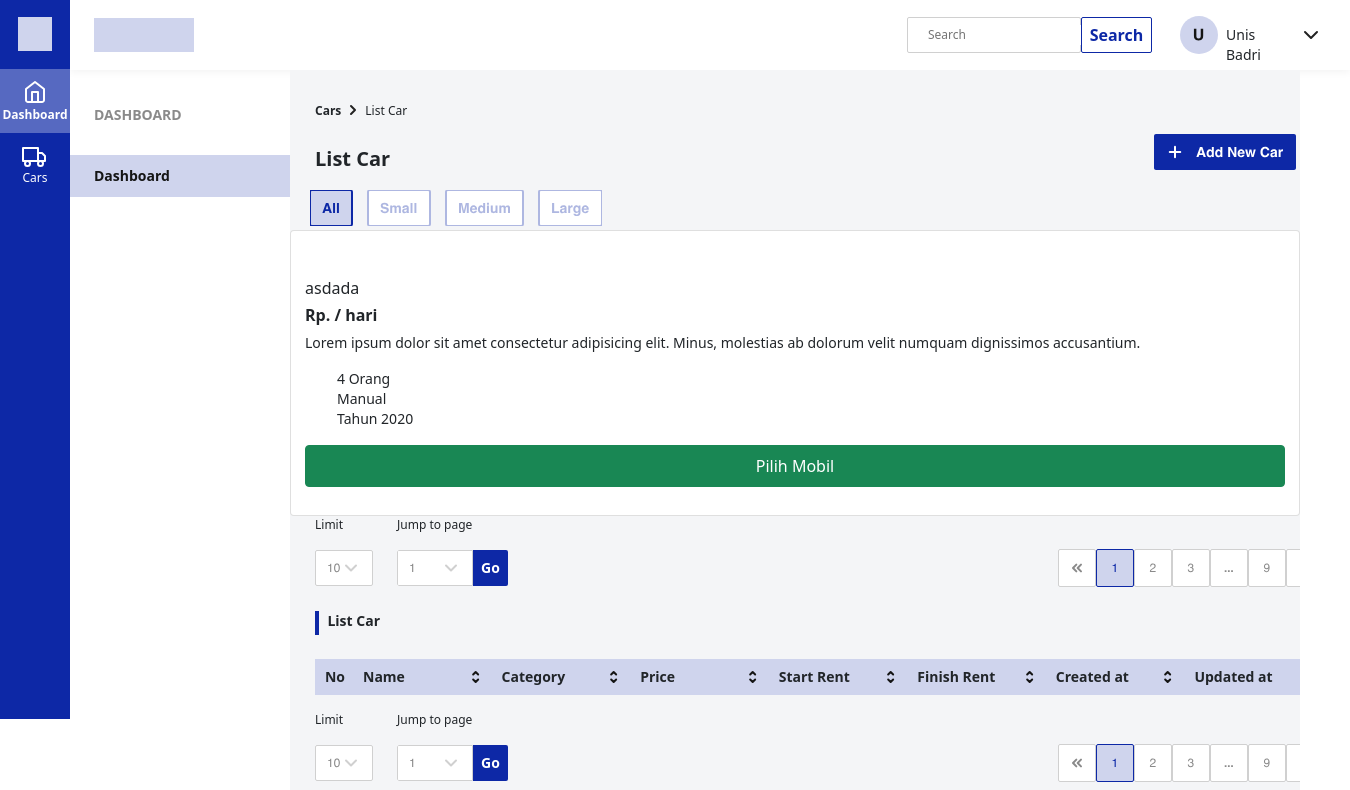
Repository: farrelmuhammad/challenge-7-binar
Page: /carlist
An editor plug-in stored every save of this project. The page is shown before and after the next save, followed by the edit.
The browser window is 1280 px wide. The page is 1350 px wide, so the pictures cover 1350 px, including what lies to the right of the window. The pictures show the whole page.
An inner scrolling area shows only its first screen. The project was rebuilt for these pictures with package versions that can differ from the ones it lists, and the page was loaded fresh each time. Also part of the build but not shown: src/component/navbar.js, src/component/header.js, src/component/footer.js, src/App.js, src/component/admin/Dashboard/index.jsx, src/pages/admin/Dashboard.js, src/component/searchForm.js, src/pages/cars.js.

Above is the page before, as saved 2022-05-27 19:41:14.

### src/index.css
body {
  font-family: Helvetica Neue, Helvetica, Arial, sans-serif;
  font-style: normal;
  font-weight: normal;
  font-size: 14px;
  line-height: 20px;
  margin: 0;
  padding: 0;
}

h1,
h2,
h3,
h4,
h5 {
  line-height: 150%;
}

.header{
  background-color: #F1F3FF;
}

.footer i {
  color: #0D28A6;
  font-size: x-large;
}

.bg-darkblue{
  background-color: #0D28A6;
}

.logo {
  background-color: #0D28A6;
  width: 100px;
  height: 34px;
}

code {
  font-family: source-code-pro, Menlo, Monaco, Consolas, 'Courier New',
    monospace;
}

.card-cari {
  width: 1047px;
  /* height: 106px; */
  margin-top: -50px;
  z-index: 2;
}
.button-cari {
  width: 92px !important;
  margin-top: 30px;
  height: 36px;
}
.activeCari {
  height: 100%;
  width: 0;
  position: fixed;
  z-index: 2;
  top: 0;
  left: 0;
  background-color: rgba(0, 0, 0, 0.5);
  overflow-x: hidden;
  transition: 0.5s;
  padding-top: 34px;
}

### src/Routes.js
import App from './App';
import React from 'react';
import Dashboard from '../src/pages/admin/Dashboard'
import CarList from '../src/pages/admin/CarsList'
import Cars from './pages/cars'
import { Routes, Route } from 'react-router-dom';

const RouteApp = () => {

    return (
        <>
            <Routes>
                <Route path="/" element={<App />} />
                <Route path="/dashboard" element={<Dashboard />} />
                <Route path="*" element={<h1 style={{ fontSize: "48px", textAlign: "center", paddingTop: "250px" }}>Error 404</h1>} />
                <Route path='/cars' element={<Cars />} />
                <Route path='/carlist' element={<CarList />} />
            </Routes>
        </>
    )
}

export default RouteApp;

### src/pages/admin/CarsList.js
import React from 'react'
import Navbar from '../../component/admin/Navbar'
import CarsListContent from '../../component/admin/Cars'

function Dashboard() {
  return (
    <>
        <Navbar />
        <CarsListContent />
    </>
  )
}

export default Dashboard

### src/component/admin/Navbar.jsx
import { Link } from 'react-router-dom';
import './Navbar.css';

const Navbar = () => {
  return (
    <header>
      {/* navbar top */}
      <div className="nav-top navbar">
        <div className="logo"></div>
        <span
          className="icon-menu iconify"
          data-icon="charm:menu-hamburger"
          data-width="24"
        ></span>
        <form className="nav-search d-flex">
          <div className="box-search">
            <span
              className="iconify"
              data-icon="akar-icons:search"
              data-width="18"
            ></span>
            <input type="search" placeholder="Search" />
          </div>
          <button className="button-search" type="submit">
            Search
          </button>
        </form>
        <div className="profile">
          <img src="img/profile.svg" alt="profile" />
          <p>Unis Badri</p>
          <img className="dropdown" src="img/dropdown.svg" alt="dropdown" />
        </div>
      </div>

      {/* navbar side */}
      <div className="nav-side">
        <div className="nav-blue">
          <div className="square"></div>
          <div className="frame-menu">
            <div className="dash-img" id="active">
              <a href="/dashboard">
                <img src="/img/dashboard.svg" alt="dashboard" />
              </a>
              <a href="/dashboard">Dashboard</a>
            </div>
            <div className="dash-img">
              <Link to="/carlist">
              <a>
                <img src="/img/cars.svg" alt="cars" />
                Cars
              </a>
              </Link>
            </div>
          </div>
        </div>
        <div className="nav-white">
          <div className="title-menu">
            <h1>DASHBOARD</h1>
          </div>
          <div className="list-menu">
            <h1>Dashboard</h1>
          </div>
        </div>
      </div>
    </header>
  );
};

export default Navbar;

### src/component/admin/Cars/index.jsx

import { Link } from "react-router-dom";
import "./Content.css";

const CarsListContent= () => {

  return (
    <>
      <div className="content">
        <div className="breadcrumb">
          <h1>Cars</h1>
          <img src="img/arrow-right.svg" alt="arrow-right" />
          <p>List Car</p>
        </div>
        <div className="row">
            <div className="col">
                <h1 className="title-h1">List Car</h1>
            </div>
            <div className="col mt-5 p-3 text-end">
                <img src="img/btn-addcar.svg" alt="add new"/>
            </div>
        </div>
        <div className="breadcumb ms-3 p-1">
          <img src="img/breadcumb carlist.svg" alt="" />
        </div>

        {/* order table */}
        <div className="card">
        <div className="image">
            <img src="" alt="" />
        </div>
        <div className="info">
            <h6>asdada</h6>
            <h6 className="price">Rp. / hari</h6>
            <p>Lorem ipsum dolor sit amet consectetur adipisicing elit. Minus, molestias ab dolorum velit numquam dignissimos accusantium.</p>
            <ul>
                <li>4 Orang</li>
                <li>Manual</li>
                <li>Tahun 2020</li>
            </ul>
            <Link to='/' className="btn btn-success nav-link text-white">Pilih Mobil</Link>
        </div>
    </div>

        {/* table navigation */}
        <div className="table-nav">
          <div className="limit-nav">
            <p>Limit</p>
            <img src="img/form-drop.svg" alt="form-drop" />
          </div>
          <div className="jump-nav">
            <p>Jump to page</p>
            <img src="img/form-drop-2.svg" alt="form-drop-2" />
          </div>
          <div className="go-nav">
            <h1>Go</h1>
          </div>
          <div className="page-number">
            <img src="img/page-number.svg" alt="page-number" />
          </div>
        </div>

        <div className="list-car">
          <img src="img/line-blue.svg" alt="" />
          <h1>List Car</h1>
        </div>
        {/* car table */}
        <div className="list-table">
          <table className="table table-borderless">
            <thead>
              <tr>
                <th style={{ textAlign: "center" }}>No</th>
                <th>
                  Name
                  <img className="sort" src="img/sort.svg" alt="sort" />
                </th>
                <th>
                  Category
                  <img className="sort" src="img/sort.svg" alt="sort" />
                </th>
                <th>
                  Price
                  <img className="sort" src="img/sort.svg" alt="sort" />
                </th>
                <th>
                  Start Rent
                  <img className="sort" src="img/sort.svg" alt="sort" />
                </th>
                <th>
                  Finish Rent
                  <img className="sort" src="img/sort.svg" alt="sort" />
                </th>
                <th>
                  Created at
                  <img className="sort" src="img/sort.svg" alt="sort" />
                </th>
                <th>
                  Updated at
                  <img className="sort" src="img/sort.svg" alt="sort" />
                </th>
              </tr>
            </thead>
            <tbody>
              {/* {dataCarAdmin?.map((car, i) => (
                <>
                  <tr>
                    <td key={car.id} style={{ textAlign: "center" }}>
                      {i + 1}
                    </td>
                    <td>{car.name}</td>
                    <td>{car.category}</td>
                    <td>{car.price}</td>
                    <td>{car.start_rent_at}</td>
                    <td>{car.finish_rent_at}</td>
                    <td>{car.createdAt}</td>
                    <td>{car.updatedAt}</td>
                  </tr>
                </>
              ))} */}
            </tbody>
          </table>
        </div>

        {/* table navigation */}
        <div className="table-nav">
          <div className="limit-nav">
            <p>Limit</p>
            <img src="img/form-drop.svg" alt="form-drop" />
          </div>
          <div className="jump-nav">
            <p>Jump to page</p>
            <img src="img/form-drop-2.svg" alt="form-drop-2" />
          </div>
          <div className="go-nav">
            <h1>Go</h1>
          </div>
          <div className="page-number">
            <img src="img/page-number.svg" alt="page-number" />
          </div>
        </div>
      </div>
    </>
  );
};

export default CarsListContent

### src/component/admin/Navbar.css
h1 {
    font-size: 14px;
    line-height: 20px;
}

header .nav-top {
    position: absolute;
    width: 1280px;
    height: 70px;
    left: 70px;
    right: 0;
    top: 0px;
    box-shadow: 0px 2px 8px rgba(0, 0, 0, 0.05);
}

header .nav-top .logo {
    position: absolute;
    width: 100px;
    height: 34px;
    left: 24px;
    top: 18px;
    background: #CFD4ED;
}

header .nav-top .icon-menu {
    position: absolute;
    width: 24px;
    height: 24px;
    left: 244px;
    top: 23px;
}

header .nav-top .nav-search {
    display: flex;
    flex-direction: row;
    align-items: flex-start;
    padding: 0px;
    position: absolute;
    width: 245px;
    height: 36px;
    left: 837px;
    top: 17px;
}

header .nav-top .nav-search .box-search {
    display: flex;
    flex-direction: row;
    align-items: center;
    padding-left: 12px;
    width: 174px;
    height: 36px;
    border: 1px solid #D0D0D0;
    border-radius: 2px;
    font-size: 12px;
    line-height: 18px;
    color: #8A8A8A;
}

header .nav-top .nav-search .box-search > input {
    border: none;
    outline: none;
    padding-left: 8px;
}

header .nav-top .nav-search .button-search {
    display: flex;
    flex-direction: row;
    justify-content: center;
    align-items: center;
    padding: 8px 12px;
    width: 71px;
    height: 36px;
    background-color: white;
    border: 1px solid #0D28A6;
    border-radius: 2px;
    font-weight: 700;
    color:#0D28A6;
}

header .nav-top .profile {
    display: flex;
    flex-direction: row;
    align-items: center;
    position: absolute;
    width: 143px;
    height: 38px;
    left: 1110px;
    right: 24px;
    top: 16px;
}

header .nav-top .profile > p {
    position: absolute;
    width: 65px;
    height: 20px;
    left: 46px;
    top: 9px;
    font-weight: 400;
    font-size: 14px;
    line-height: 20px;
}

header .nav-top .profile .dropdown {
    position: absolute;
    width: 24px;
    height: 24px;
    left: 119px;
    top: 7px;
}

header .nav-side {
    position: absolute;
    width: 290px;
    height: 100%;
    left: 0px;
    top: -1px;
}

header .nav-side .nav-blue {
    position: absolute;
    left: 0%;
    right: 75.86%;
    top: 0%;
    bottom: 0%;
    background: #0D28A6;
}

header .nav-side .nav-blue .square {
    position: absolute;
    width: 34px;
    height: 34px;
    left: 18px;
    top: 18px;
    background: #CFD4ED;
}

header .nav-side .nav-blue .frame-menu {
    display: flex;
    flex-direction: column;
    align-items: flex-start;
    padding: 0px;
    position: absolute;
    width: 70px;
    height: 128px;
    left: 0px;
    top: 70px;
}

header .nav-side .nav-blue .frame-menu .dash-img {
    display: flex;
    flex-direction: column;
    justify-content: center;
    align-items: center;
    padding: 20px 23px;
    position: static;
    width: 70px;
    height: 64px;
    left: 0px;
    top: 0px;
}

#active {
    font-weight: 700;
    background: rgba(255, 255, 255, 0.3);
}

header .nav-side .nav-blue .frame-menu .dash-img a {
    font-size: 12px;
    line-height: 18px;
    margin-top: 2px;
    text-decoration: none;
    color: white;
}

header .nav-side .nav-blue img:last-child {
    margin-top: 0;
}

header .nav-side .nav-white {
    position: absolute;
    left: 24.14%;
    right: 0%;
    top: 7.76%;
    bottom: 0.22%;
}

header .nav-side .nav-white .title-menu {
    position: absolute;
    width: 220px;
    height: 42px;
    left: 24px;
    top: 50px;
}

header .title-menu h1 {
    font-weight: 700;
    color: #8A8A8A;
    left: 24px;
}

header .nav-side .nav-white .list-menu {
    position: static;
    margin-top: 100px;
    width: 220px;
    height: 42px;
    padding: 11px 24px;
    background: #CFD4ED;
}

header .list-menu h1 {
    font-weight: 700;
    color: #151515;
    left: 24px;
}

### src/component/admin/Dashboard/Content.css
.content {
    position: absolute;
    overflow: auto;
    left: 290px;
    top: 70px;
    /* width: 1280px; */
    height: 100%;
    background: #F4F5F7;
    font-size: 14px;
    line-height: 20px;
}

.content .breadcrumb {
    position: absolute;
    width: 300px;
    height: 18px;
    left: 25px;
    top: 32px;
}

.content .breadcrumb > h1 {
    font-size: 12px;
    line-height: 18px;
    font-weight: 700;
}

.content .breadcrumb > p {
    font-size: 12px;
    line-height: 18px;
    font-weight: 300;
}

.content .breadcrumb > img {
    width: 16px;
    height: 16px;
    margin-left: 4px;
    margin-right: 4px;
}

.content .title-h1 {
    font-size: 20px;
    line-height: 30px;
    font-weight: 700;
    margin-left: 25px;
    margin-top:74px;
}

.content .list-order {
    margin-top: 24px;
    position: absolute;
    width: 79px;
    height: 24px;
    margin-left: 25px;
}

.content .list-order > img {
    width: 4px;
    height: 24px;
}

.content .list-order > h1 {
    float: right;
    font-weight: 700;
    margin-left: 8px;
}

.content .list-table table {
    margin-left: 25px;
    margin-top: 72px;
    width: 100%;
    table-layout: fixed;
    background-color: white;
    border: 1px solid none;
    border-radius: 2px;
}

.content .list-table table thead {
    background-color: rgba(207, 212, 237, 1);
    font-weight: 700;
}

.content .list-table table thead th:first-child {
    width: 40px;
}

.content .list-table table thead th > img {
    float: right;
}

.content .table-nav {
    display: flex;
    flex-direction: row;
    width: 1010px;
    font-size: 12px;
    line-height: 18px;
    font-weight: 300;
}

.content .table-nav .limit-nav{
    margin-left: 25px;
}

.content .table-nav .limit-nav p {
    font-size: 12px;
    line-height: 18px;
}

.content .table-nav .jump-nav {
    margin-left: 24px;
}

.content .table-nav .jump-nav p {
    font-size: 12px;
    line-height: 18px;
}

.content .table-nav .go-nav {
    width: 43px;
    height: 36px;
    margin-top: 34px;
    background: #0D28A6;
    border-radius: 0px 2px 2px 0px;
}

.content .table-nav .go-nav > h1 {
    text-align: center;
    font-weight: bold;
    color: white;
    padding: 8px 8px;
}

.content .table-nav .page-number {
    margin-top: 33px;
    margin-left: 550px;
}

.content .list-car {
    margin-top: 24px;
    position: absolute;
    width: 65px;
    height: 24px;
    margin-left: 25px;
}

.content .list-car > img {
    width: 4px;
    height: 24px;
}

.content .list-car > h1 {
    float: right;
    font-weight: 700;
    margin-left: 8px;
}

.content .title-button-car {
    display: inline-flex;
}

.content .title-button-car > h1 {
    margin-right: 800px;
}

.content .title-button-car > a img {
    margin-top: 74px;
}

.content .button-category {
    margin-top: 24px;
    margin-left: 8px;
    display: inline-flex;
}

.content .button-category img {
    margin-left: 16px;
}

.content .cars-card {
    width: 320px;
    height: 482px;
    margin-left: 25px;
    margin-top: 24px;
    box-shadow: 0px 0px 4px rgba(0, 0, 0, 0.15);
    border-radius: 8px;
}

.content .cars-card .card-img-top {
    width: 270px;
    height: 160px;
    margin: auto;
    margin-top: 55px;
}

.content .cars-card .card-body {
    padding: 24px;
}

.content .cars-card .card-body .bold-h1 {
    font-weight: 700;
    font-size: 16px;
    line-height: 24px;
    margin-bottom: 0;
}

.content .cars-card .card-body-text {
    display: inline-flex;
    width: 303px;
    height: 20px;
    margin-top: 16px;
}

.content .cars-card .card-body-text img {
    margin-right: 8px;
    width: 20px;
    height: 20px;
}

.content .cars-card .button-card {
    display: inline-flex;
    margin-left: 8px;
    margin-top: 24px;
}

.content .cars-card .button-card img {
    width: 120px;
}

.content .cars-card .button-card img:last-child {
    margin-left: 16px;
}

.content .form-add-new-car {
    width: 1010px;
    height: 350px;
    background: white;
    margin-top: 32px;
    margin-left: 25px;
}

.content .form-add-new-car .content-form {
    padding-top: 16px;
    padding-left: 25px;
    font-weight: 300;
    font-size: 12px;
    line-height: 18px;
}

.content .form-add-new-car .content-form label {
    width: 147px;
}

.content .form-add-new-car .content-form input {
    width: 339px;
    height:auto;
    border: 1px solid #D0D0D0;
    border-radius: 2px;
    color: #8A8A8A;
    font-weight: 300;
    font-size: 12px;
    line-height: 18px;
}

.content .form-add-new-car .content-form .content-box {
    margin-left: 4px;
}

.content .form-add-new-car .content-h1 h1 {
    display: inline-flex;
    margin-left: 25px;
    margin-top: 16px;
    font-weight: 300;
    font-size: 12px;
    line-height: 18px;
}

.content .form-add-new-car .content-h1 h1:first-child {
    width: 147px;
}

.content .form-add-new-car .content-h1 h1:last-child {
    margin-left: 8px;
}

.content .button-form {
    display: inline-flex;
    margin-left: 9px;
}

.content .button-form img {
    margin-left: 16px;
    margin-top: 282px;
    margin-bottom: 40px;
}

### src/component/admin/Cars/Content.css
.content {
    position: absolute;
    overflow: auto;
    left: 290px;
    top: 70px;
    /* width: 1280px; */
    height: 100%;
    background: #F4F5F7;
    font-size: 14px;
    line-height: 20px;
}

.content .breadcrumb {
    position: absolute;
    width: 300px;
    height: 18px;
    left: 25px;
    top: 32px;
}

.content .breadcrumb > h1 {
    font-size: 12px;
    line-height: 18px;
    font-weight: 700;
}

.content .breadcrumb > p {
    font-size: 12px;
    line-height: 18px;
    font-weight: 300;
}

.content .breadcrumb > img {
    width: 16px;
    height: 16px;
    margin-left: 4px;
    margin-right: 4px;
}

.content .title-h1 {
    font-size: 20px;
    line-height: 30px;
    font-weight: 700;
    margin-left: 25px;
    margin-top:74px;
}

.content .list-order {
    margin-top: 24px;
    position: absolute;
    width: 79px;
    height: 24px;
    margin-left: 25px;
}

.content .list-order > img {
    width: 4px;
    height: 24px;
}

.content .list-order > h1 {
    float: right;
    font-weight: 700;
    margin-left: 8px;
}

.content .list-table table {
    margin-left: 25px;
    margin-top: 72px;
    width: 100%;
    table-layout: fixed;
    background-color: white;
    border: 1px solid none;
    border-radius: 2px;
}

.content .list-table table thead {
    background-color: rgba(207, 212, 237, 1);
    font-weight: 700;
}

.content .list-table table thead th:first-child {
    width: 40px;
}

.content .list-table table thead th > img {
    float: right;
}

.content .table-nav {
    display: flex;
    flex-direction: row;
    width: 1010px;
    font-size: 12px;
    line-height: 18px;
    font-weight: 300;
}

.content .table-nav .limit-nav{
    margin-left: 25px;
}

.content .table-nav .limit-nav p {
    font-size: 12px;
    line-height: 18px;
}

.content .table-nav .jump-nav {
    margin-left: 24px;
}

.content .table-nav .jump-nav p {
    font-size: 12px;
    line-height: 18px;
}

.content .table-nav .go-nav {
    width: 43px;
    height: 36px;
    margin-top: 34px;
    background: #0D28A6;
    border-radius: 0px 2px 2px 0px;
}

.content .table-nav .go-nav > h1 {
    text-align: center;
    font-weight: bold;
    color: white;
    padding: 8px 8px;
}

.content .table-nav .page-number {
    margin-top: 33px;
    margin-left: 550px;
}

.content .list-car {
    margin-top: 24px;
    position: absolute;
    width: 65px;
    height: 24px;
    margin-left: 25px;
}

.content .list-car > img {
    width: 4px;
    height: 24px;
}

.content .list-car > h1 {
    float: right;
    font-weight: 700;
    margin-left: 8px;
}

.content .title-button-car {
    display: inline-flex;
}

.content .title-button-car > h1 {
    margin-right: 800px;
}

.content .title-button-car > a img {
    margin-top: 74px;
}

.content .button-category {
    margin-top: 24px;
    margin-left: 8px;
    display: inline-flex;
}

.content .button-category img {
    margin-left: 16px;
}

.content .cars-card {
    width: 320px;
    height: 482px;
    margin-left: 25px;
    margin-top: 24px;
    box-shadow: 0px 0px 4px rgba(0, 0, 0, 0.15);
    border-radius: 8px;
}

.content .cars-card .card-img-top {
    width: 270px;
    height: 160px;
    margin: auto;
    margin-top: 55px;
}

.content .cars-card .card-body {
    padding: 24px;
}

.content .cars-card .card-body .bold-h1 {
    font-weight: 700;
    font-size: 16px;
    line-height: 24px;
    margin-bottom: 0;
}

.content .cars-card .card-body-text {
    display: inline-flex;
    width: 303px;
    height: 20px;
    margin-top: 16px;
}

.content .cars-card .card-body-text img {
    margin-right: 8px;
    width: 20px;
    height: 20px;
}

.content .cars-card .button-card {
    display: inline-flex;
    margin-left: 8px;
    margin-top: 24px;
}

.content .cars-card .button-card img {
    width: 120px;
}

.content .cars-card .button-card img:last-child {
    margin-left: 16px;
}

.content .form-add-new-car {
    width: 1010px;
    height: 350px;
    background: white;
    margin-top: 32px;
    margin-left: 25px;
}

.content .form-add-new-car .content-form {
    padding-top: 16px;
    padding-left: 25px;
    font-weight: 300;
    font-size: 12px;
    line-height: 18px;
}

.content .form-add-new-car .content-form label {
    width: 147px;
}

.content .form-add-new-car .content-form input {
    width: 339px;
    height:auto;
    border: 1px solid #D0D0D0;
    border-radius: 2px;
    color: #8A8A8A;
    font-weight: 300;
    font-size: 12px;
    line-height: 18px;
}

.content .form-add-new-car .content-form .content-box {
    margin-left: 4px;
}

.content .form-add-new-car .content-h1 h1 {
    display: inline-flex;
    margin-left: 25px;
    margin-top: 16px;
    font-weight: 300;
    font-size: 12px;
    line-height: 18px;
}

.content .form-add-new-car .content-h1 h1:first-child {
    width: 147px;
}

.content .form-add-new-car .content-h1 h1:last-child {
    margin-left: 8px;
}

.content .button-form {
    display: inline-flex;
    margin-left: 9px;
}

.content .button-form img {
    margin-left: 16px;
    margin-top: 282px;
    margin-bottom: 40px;
}

.card {
    padding: 1em;
}

.image img{
    width: 100%;
}

.info {
    padding: 1em 0;
}

.price {
    font-weight: bold;
}

.info ul li {
    list-style-type: none;
}

Loaded but not shown: public/index.html (common file); src/app/store.js (common file); src/reportWebVitals.js (common file); src/features/counter/counterAPI.js (common file); src/features/counter/counterSlice.js (73 lines, source omitted); src/index.js (26 lines, source omitted)

After the next save:
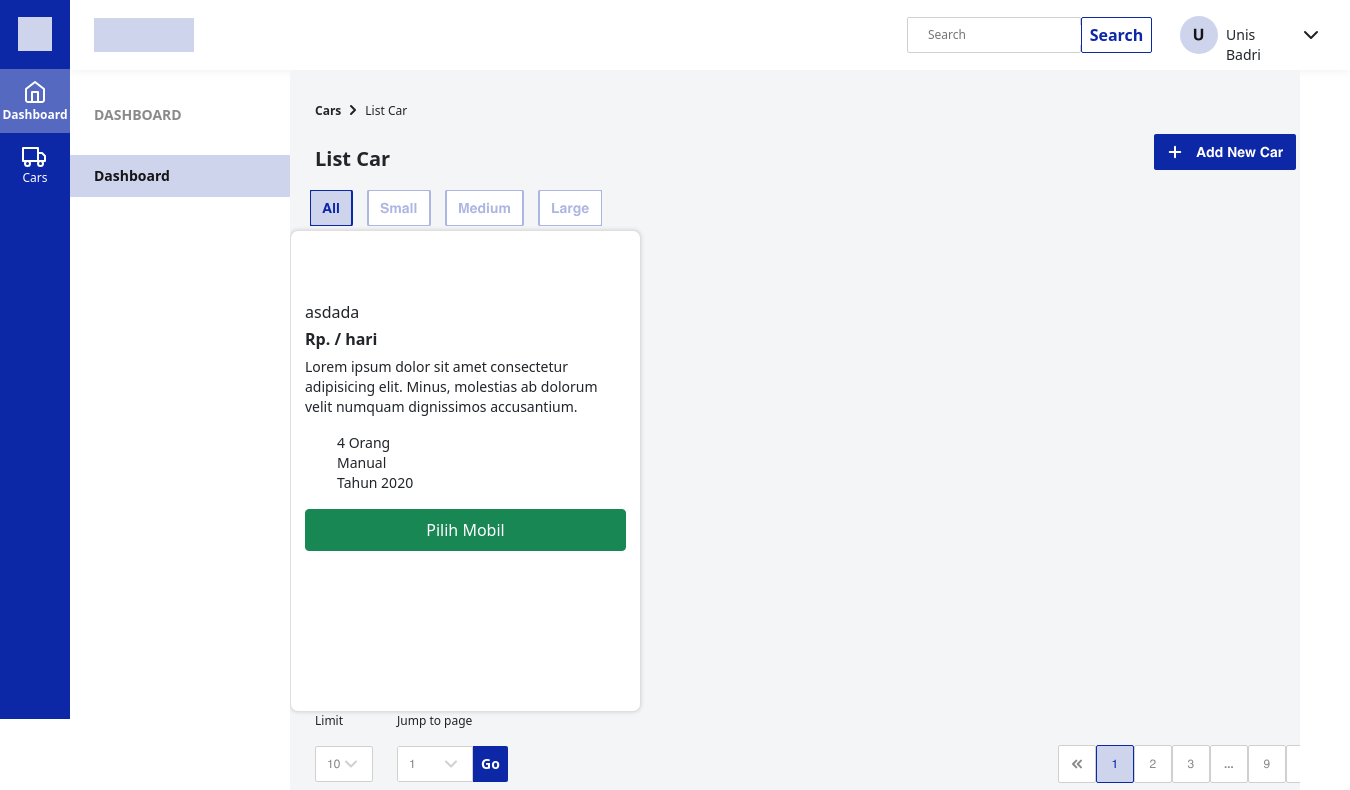
Saved 90 s later.
--- a/src/component/admin/Cars/Content.css
+++ b/src/component/admin/Cars/Content.css
@@ -293,6 +293,21 @@
 }
 
 .card {
+    display: flex;
+flex-direction: column;
+align-items: flex-start;
+padding: 24px;
+gap: 24px;
+
+width: 351px;
+height: 482px;
+
+background: #FFFFFF;
+/* Shadow/Low */
+
+box-shadow: 0px 0px 4px rgba(0, 0, 0, 0.15);
+border-radius: 8px;
+
     padding: 1em;
 }
 
